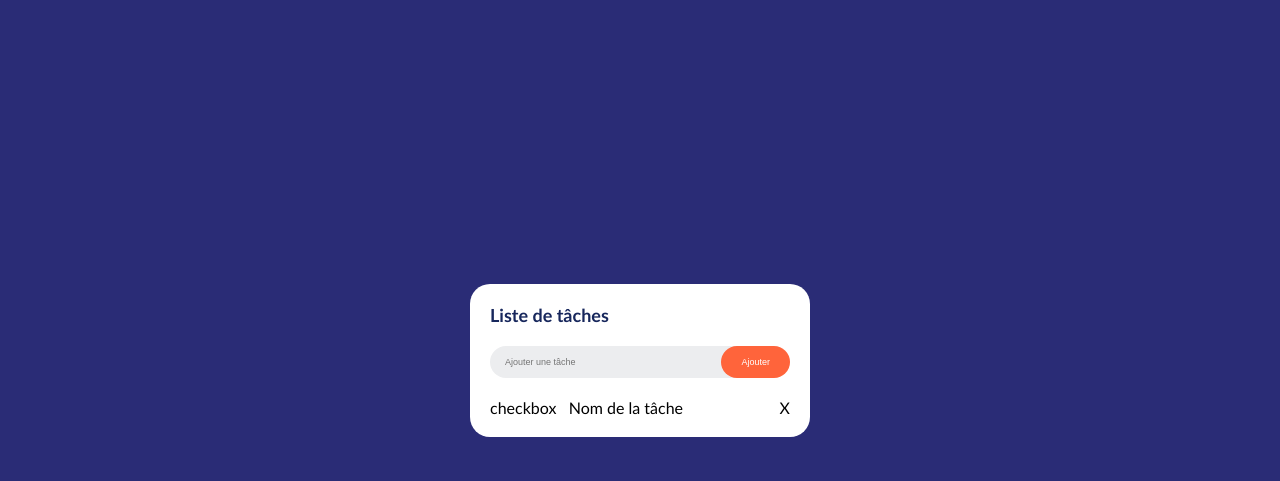
Repository: ndiemenguer/convertisseur
Page: / (app in todo-isep/)
An editor plug-in stored every save of this project. The page is shown before and after the next save, followed by the edit.
The browser window is 1280 px wide. The pictures show the whole page.
The project was rebuilt for these pictures with package versions that can differ from the ones it lists, and the page was loaded fresh each time. Also part of the build but not shown: todo-isep/vite.config.js, todo-isep/src/Application.jsx, todo-isep/src/index.css.

Above is the page before, as saved 2023-05-06 12:36:40.

After the next save:
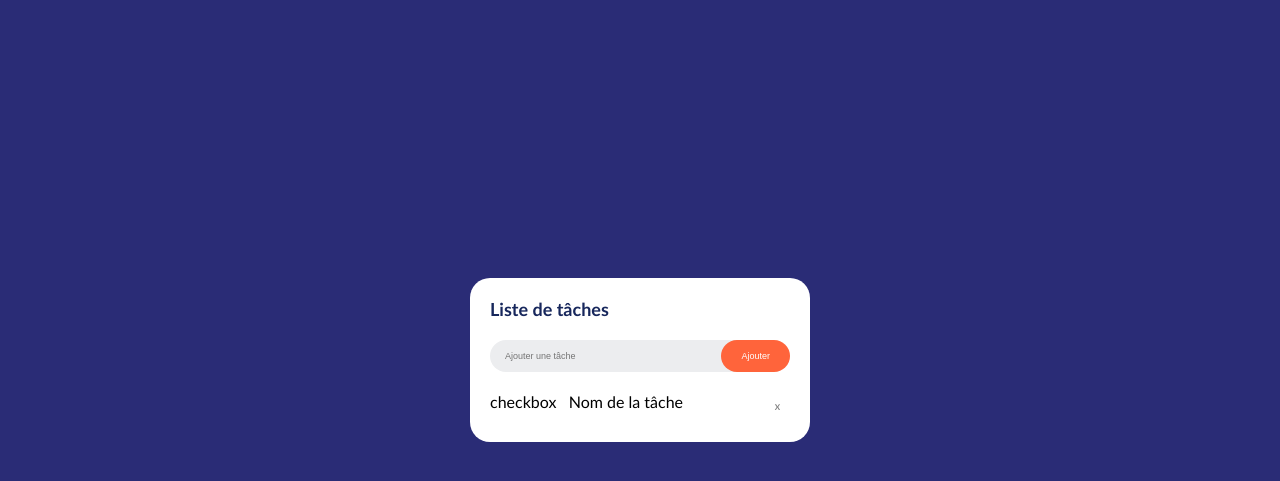
Saved 13 s later.
--- a/todo-isep/src/App.jsx
+++ b/todo-isep/src/App.jsx
@@ -17,7 +17,7 @@ function App() {
           <div className="todo-box">
             <div>checkbox &nbsp; Nom de la tâche</div>
             <div>
-              <div>X</div>
+              <div className="delete">X</div>
             </div>
           </div>
         </div>
